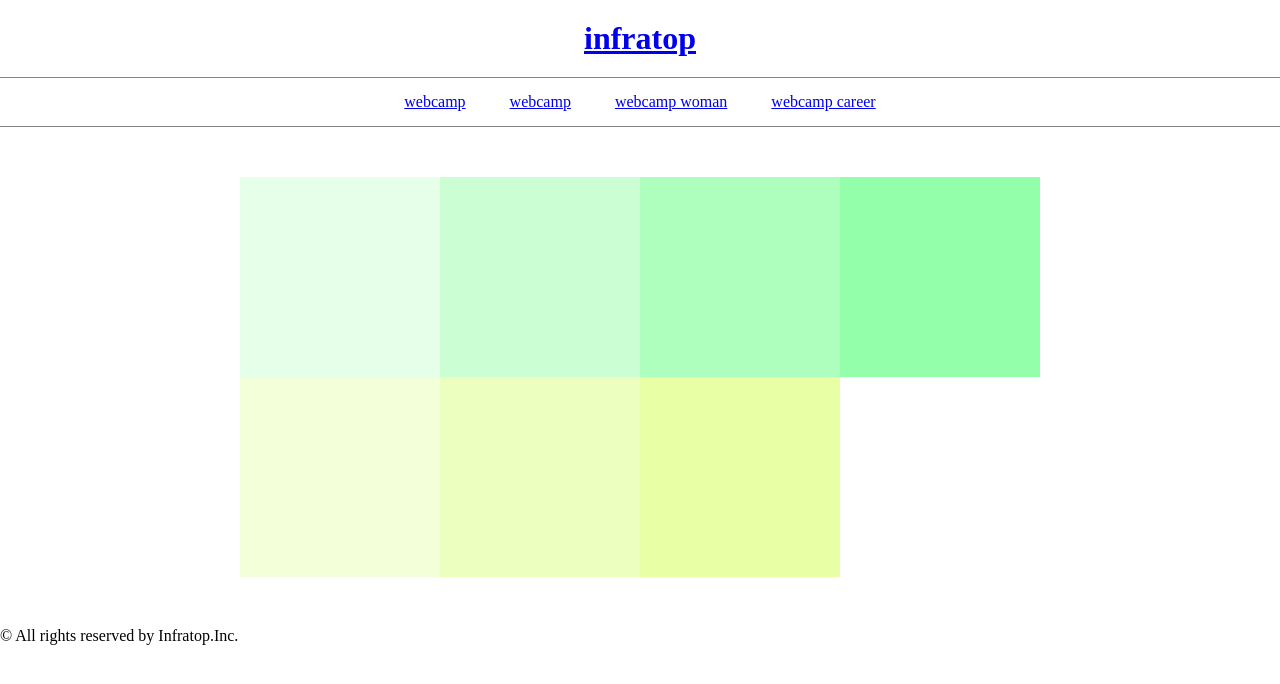
Repository: matuyama/dmm-webcamp
Page: chapter5/chapter5.html
The author's editor kept a record of every edit. The page is drawn from the files as they stood at one moment, then again after the next edit.
The browser window is 1280 px wide. The pictures show the whole page.

Above is the page before.

### chapter5/chapter5.html
<!DOCTYPE html>
<html lang"ja">

  <head>
    <meta charset="UTF-8"/>
    <link rel="stylesheet" href="chapter5.css"/>
    <title>chapter5</title>
  </head>

  <body>
    <header>
      <h1 class="heading">
        <a href="chapter5.html">
          infratop
        </a>
      </h1>
    </header>

    <nav>
      <ul class="nav-list">
        <li class="nav-list-item">
          <a href="chapter5.html">webcamp</a>
        </li>
        <li class="nav-list-item">
          <a href="hapter5">webcamp</a>
        </li>
        <li class="nav-list-item">
          <a href="chapter5">webcamp woman</a>
        </li>
        <li class="nav-list-item">
          <a href="chapter5">webcamp career</a>
        </li>
      </ul>
    </nav>

    <div class="main">
      <div class="box1"></div>
      <div class="box2"></div>
      <div class="box3"></div>
      <div class="box4"></div>
      <div class="box5"></div>
      <div class="box6"></div>
      <div class="box7"></div>
      <div class="box8"></div>
      <div class="box9"></div>
      <div class="box10"></div>
      <div class="box11"></div>
      <div class="box12"></div>
    </div>

    <footer><p class="footer-text">© All rights reserved by Infratop.Inc.</p></footer>

  </body>

</html>

### chapter5/chapter5.css
*{
  margin:0;
  padding:0;
  box-sizing:border-box;
}

header{
  width:100%;
  padding: 20px 0;
  margin: 0 auto;
  text-align:center;
}

.nav-list{
  text-align: center;
  padding: 15px 0;
  border-bottom: 1px solid #848282;
  border-top: 1px solid #848282;
}
  .nav-list-item{
    list-style: none;
    display: inline-block;
    margin: 0 20px;
  }

.main{
  width: 800px;
  margin: 50px auto;
  display: flex;
  flex-wrap: wrap;
}

  .box1{
    width: 200px;
    height: 200px;
    background-color: #e6ffe9;
  }

  .box2{
    width: 200px;
    height: 200px;
    background-color: #cbffd3;
  }

  .box3{
    width: 200px;
    height: 200px;
    background-color: #aeffbd;
  }

  .box4{
    width: 200px;
    height: 200px;
    background-color: #93ffab;
  }

  .box5{
    width: 200px;
    height: 200px;
    background-color: #f3ffd8;
  }

  .box6{
    width: 200px;
    height: 200px;
    background-color: #edffbe;
  }

  .box7{
    width: 200px;
    height: 200px;
    background-color: #e9ffa5;
  }

  .box1{
    width: 200px;
    height: 200px;
    background-color: #e6ffe9;
  }

  .box1{
    width: 200px;
    height: 200px;
    background-color: #e6ffe9;
  }

  .box1{
    width: 200px;
    height: 200px;
    background-color: #e6ffe9;
  }

  .box1{
    width: 200px;
    height: 200px;
    background-color: #e6ffe9;
  }

  .box1{
    width: 200px;
    height: 200px;
    background-color: #e6ffe9;
  }

After the next edit:
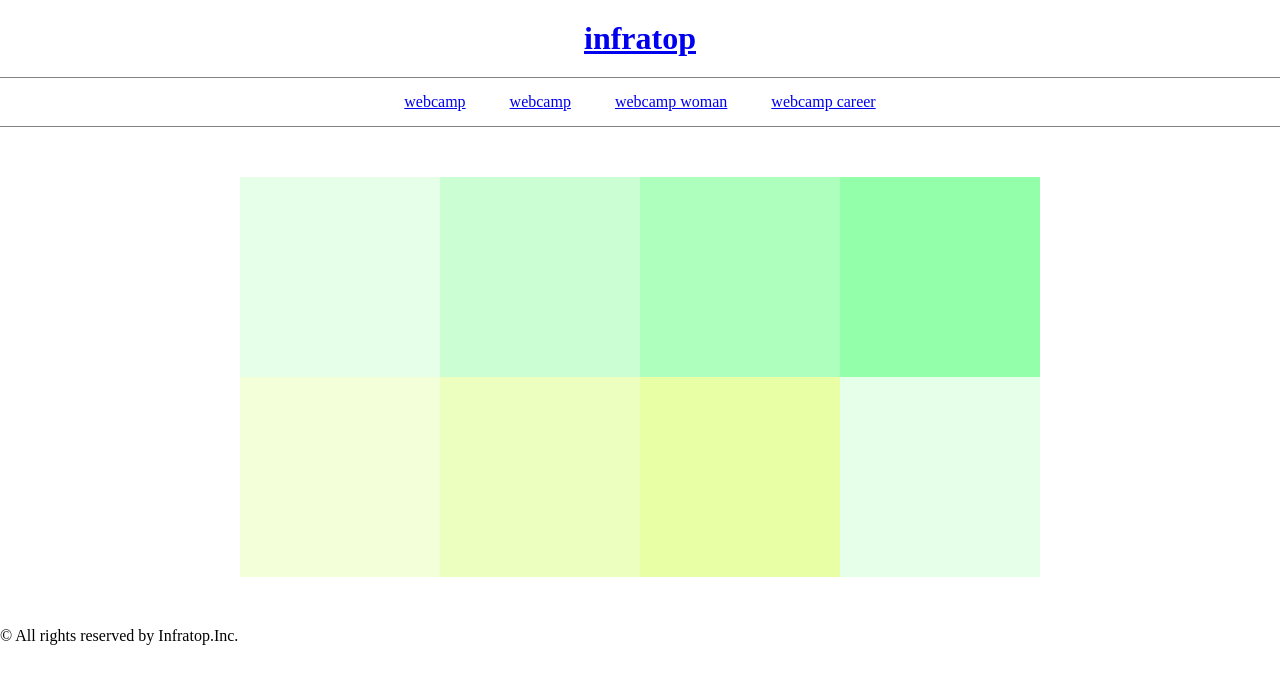
The edit:
--- a/chapter5/chapter5.css
+++ b/chapter5/chapter5.css
@@ -72,7 +72,7 @@
     background-color: #e9ffa5;
   }
 
-  .box1{
+  .box8{
     width: 200px;
     height: 200px;
     background-color: #e6ffe9;
